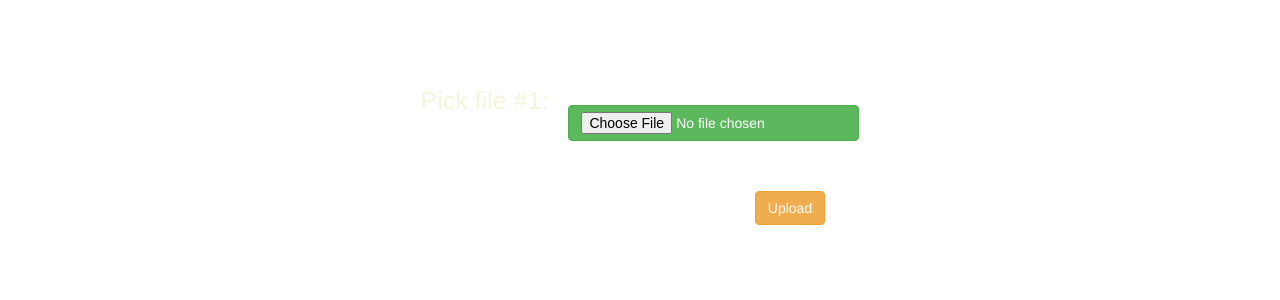
Repository: 123poornima/UpdatedSecondProject
Page: frontendPro/WebContent/_user/uploadPicture.html
The author's editor kept a copy of each file at every save. The page is drawn from the files as they stood at one save, then again after the next save.
The browser window is 1280 px wide. The pictures show the whole page.

Above is the page before, as saved 2017-01-17 05:14:42.

After the next save:
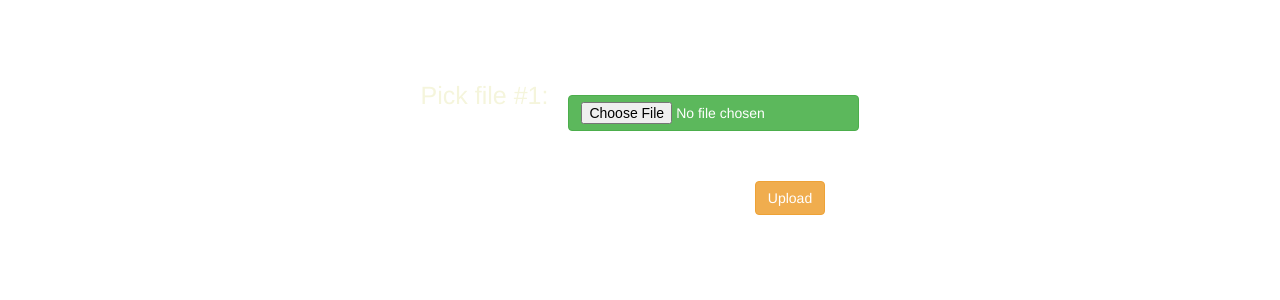
Saved 41 s later.
--- a/frontendPro/WebContent/_user/uploadPicture.html
+++ b/frontendPro/WebContent/_user/uploadPicture.html
@@ -17,7 +17,7 @@
             <table border="0">
                 <tr style="color:#F5F5DC">
                     <td style="color:#F5F5DC;font-size:25px;margin-top:160px">Pick file #1:</td>
-                    <td style="bgcolor:aqua"><input style="margin-top:45px;margin-left:20px" class="btn btn-success" type="file" name="fileUpload" /></td>
+                    <td style="bgcolor:aqua"><input style="margin-top:35px;margin-left:20px" class="btn btn-success" type="file" name="fileUpload" /></td>
                     <br>
                 </tr>
              <br>
